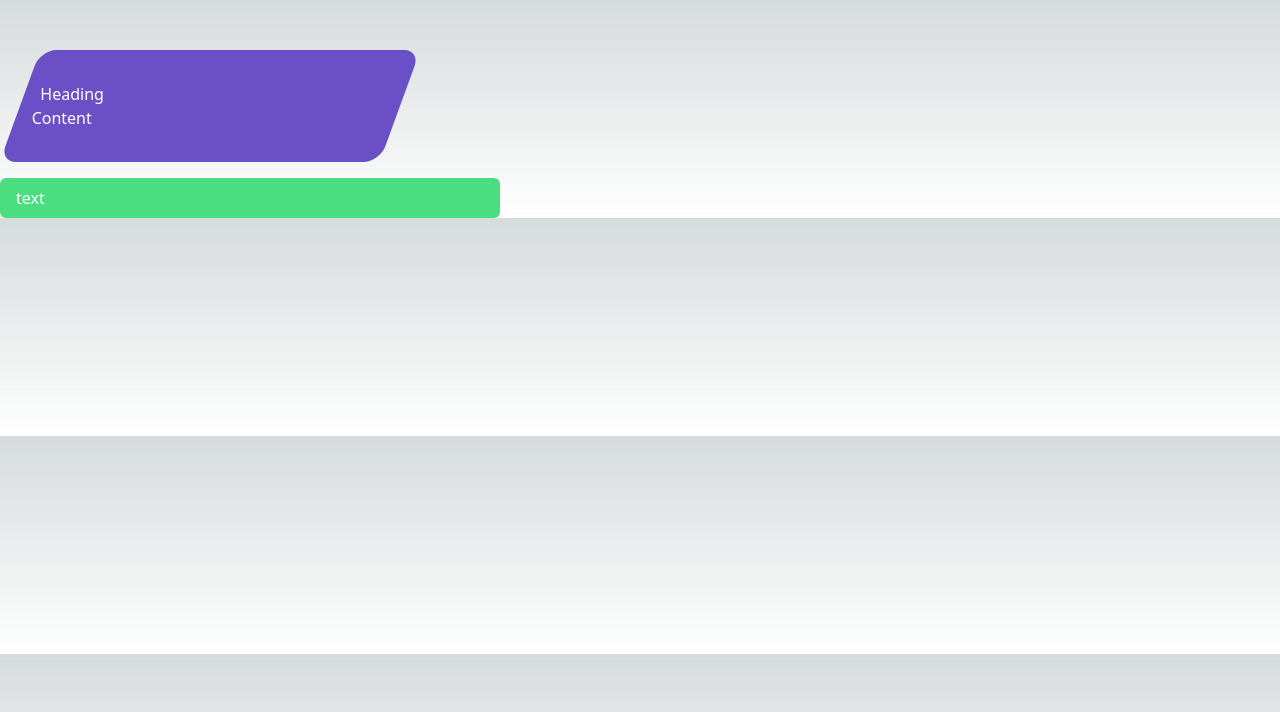
Repository: PreciousOritsedere/jasere-test
Page: /
These files come from the project's save history. The page is drawn as it stood at one moment and after the next save; the edit follows.
The browser window is 1280 px wide. The pictures show the whole page.
The project was rebuilt for these pictures with package versions that can differ from the ones it lists, and the page was loaded fresh each time. The framework's server and built-in components were replaced by stand-ins that run in the browser. Also part of the build but not shown: next.config.mjs.

Above is the page before, as saved 2024-03-26 14:40:30.

After the next save:
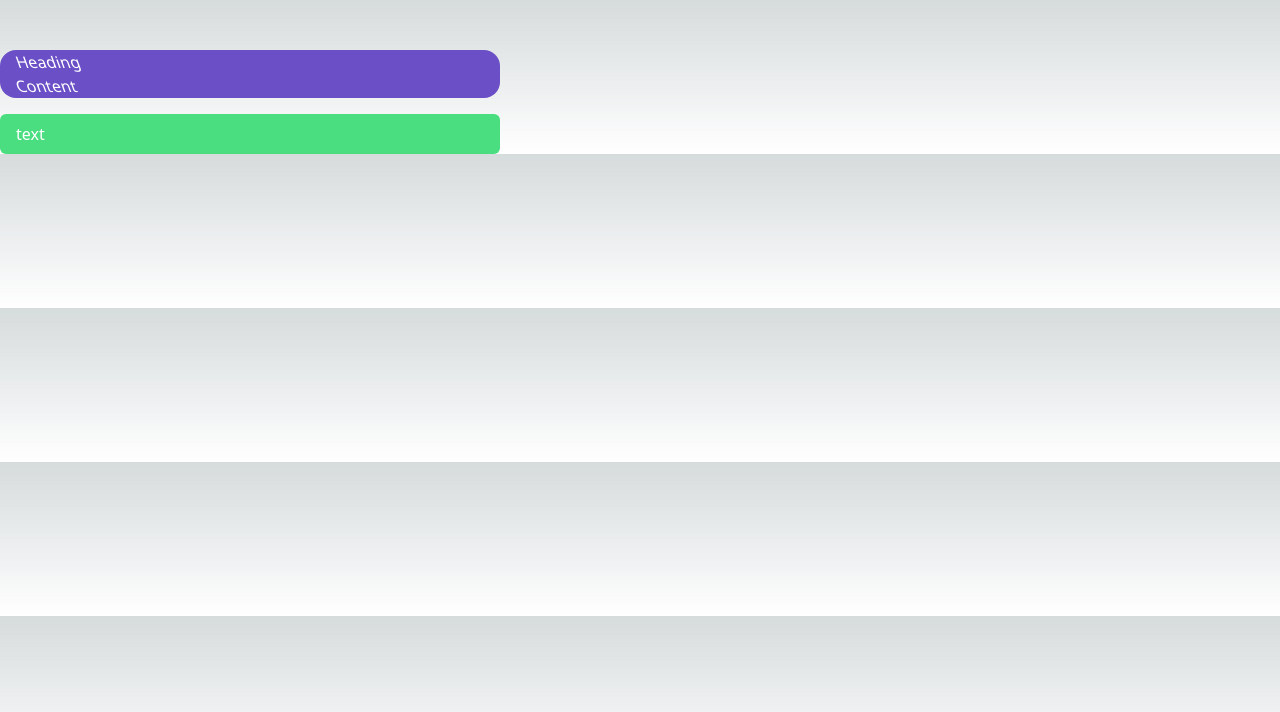
Saved 15 s later.
--- a/src/styles/globals.css
+++ b/src/styles/globals.css
@@ -37,11 +37,7 @@ body {
   color: white;
   padding-left: 16px;
   padding-right: 100px;
-  padding-top: 32px; /* py-2, adjusted for the skew */
-  padding-bottom: 32px; /* py-2, adjusted for the skew */
-  transform: skew(-20deg);
-  margin-left: 20px;
-  margin-right: 100px; /* Adjusted for the skew to prevent text overflow */
+  /* Adjusted for the skew to prevent text overflow */
   position: relative;
   overflow: hidden; /* Prevents the child elements from overflowing */
   border-radius: 16px;
